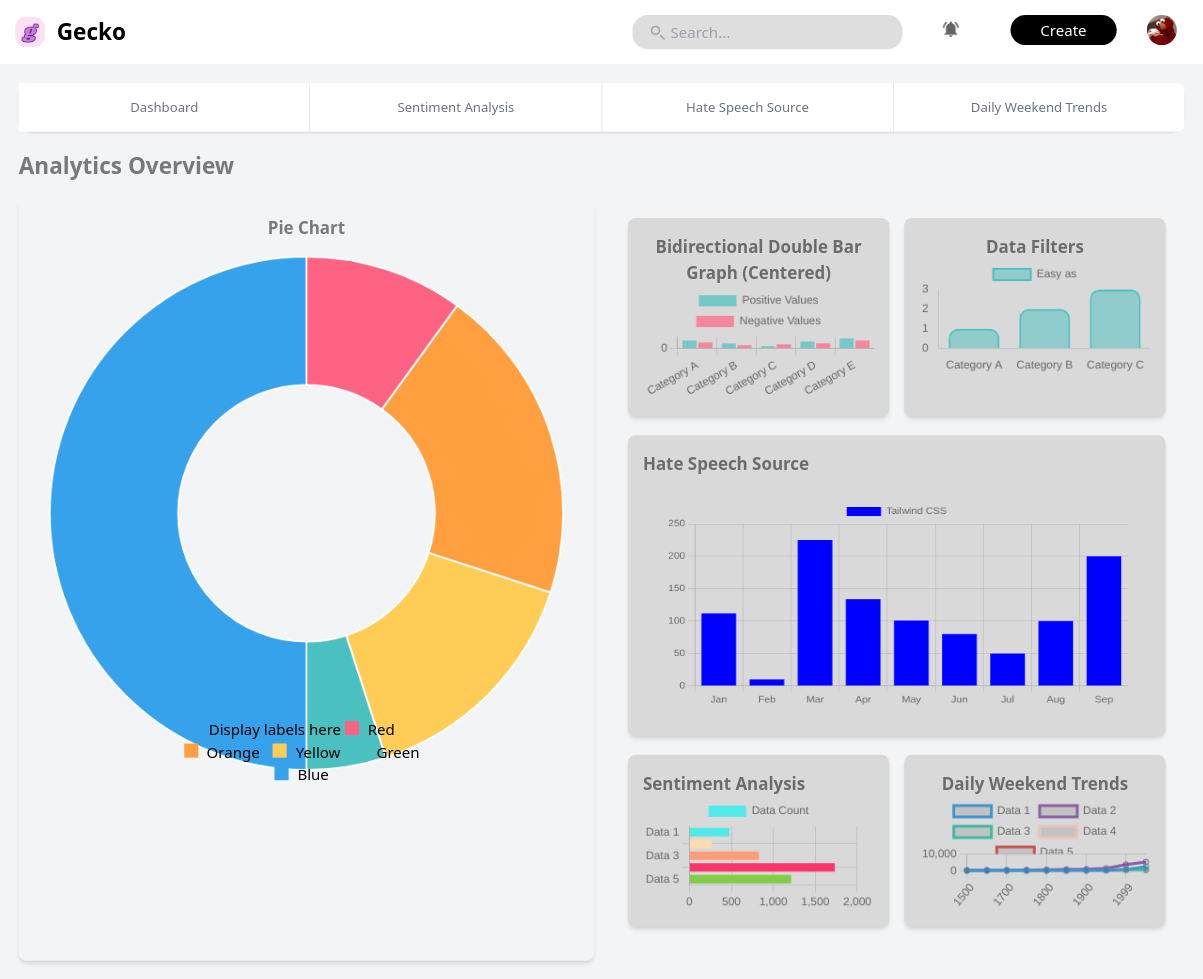
Repository: theamgri/thesis-website-nextjs
Page: website.html
The author's editor kept a copy of each file at every save. The page is drawn from the files as they stood at one save, then again after the next save.
The browser window is 1280 px wide. The pictures show the whole page, at 94% of full size.

Above is the page before, as saved 2023-10-06 21:18:17.

### website.html
<!DOCTYPE html>
<html lang="en">
<head>
    <meta charset="UTF-8">
    <meta name="viewport" content="width=device-width, initial-scale=1.0">
    <title>Gecko</title>
    <link rel="icon" type="image/x-icon" href="/images/icon.png">
    <link href="https://cdn.jsdelivr.net/npm/tailwindcss@2.2.19/dist/tailwind.min.css" rel="stylesheet">
    <script src="https://cdn.jsdelivr.net/npm/chart.js"></script>



</head>
<body class="bg-gray-100">

<nav class="bg-white drop-shadow-2xl border-gray-200 dark:bg-gray-900">
    <div class="flex flex-wrap items-center justify-between mx-auto p-4">
      <a href="." class="flex items-center">
          <img src="images/icon.png" class="h-8 mr-3 rounded-xl" alt="Logo" />
          <span class="self-center text-2xl font-semibold whitespace-nowrap dark:text-white">Gecko</span>
      </a>
      <button data-collapse-toggle="navbar-default" type="button" class="inline-flex items-center p-2 w-10 h-10 justify-center text-sm text-gray-500 rounded-lg md:hidden hover:bg-gray-100 focus:outline-none focus:ring-2 focus:ring-gray-200 dark:text-gray-400 dark:hover:bg-gray-700 dark:focus:ring-gray-600" aria-controls="navbar-default" aria-expanded="false">
          <span class="sr-only">Open main menu</span>
          <svg class="w-5 h-5" aria-hidden="true" xmlns="http://www.w3.org/2000/svg" fill="none" viewBox="0 0 17 14">
              <path stroke="currentColor" stroke-linecap="round" stroke-linejoin="round" stroke-width="2" d="M1 1h15M1 7h15M1 13h15"/>
          </svg>
      </button>
      <div class="hidden w-full md:block md:w-auto drop-shadow-2xl" id="navbar-default">
        <ul class="font-medium flex flex-col p-4 md:p-0 mt-4 border border-gray-100 rounded-lg bg-gray-50 md:flex-row md:space-x-8 md:mt-0 md:border-0 md:bg-white dark:bg-gray-800 md:dark:bg-gray-900 dark:border-gray-700">
            <li>
                <div class="relative">
                    <input
                        type="text"
                        placeholder="Search..."
                        class="block w-full py-2 pl-10 pr-4 leading-5 rounded-2xl shadow-sm focus:ring focus:ring-blue-200 border-gray-300" style="background-color: #DEDEDE;"
                    />
                    <div class="absolute inset-y-0 left-0 pl-4 flex items-center pointer-events-none">
                        <svg
                            class="w-5 h-5 text-gray-400"
                            fill="none"
                            stroke="currentColor"
                            viewBox="0 0 24 24"
                            xmlns="http://www.w3.org/2000/svg"
                        >
                            <path
                                stroke-linecap="round"
                                stroke-linejoin="round"
                                stroke-width="2"
                                d="M21 21l-4.35-4.35"
                            />
                            <path
                                stroke-linecap="round"
                                stroke-linejoin="round"
                                stroke-width="2"
                                d="M15 10a5 5 0 11-10 0 5 5 0 0110 0z"
                            />
                        </svg>
                    </div>
                </div>

              </li>
            <li>
              <img src="images/bellbutton.png" class="h-8 mr-3 rounded-xl" alt="Notification Bell" />
          </li>
          <li>
            <button class="bg-black drop-shadow-2xl hover:bg-blue-700 text-white font-normal py-1 px-8 rounded-full">
              Create
            </button>
          </li>
          <li>
            <a href="your-link-here">
                <img src="images/user.jpg" class="h-8 mr-3 rounded-full" alt="Notification Bell" />
            </a>
        </li>


        </ul>
      </div>
    </div>
  </nav>
<!-- //SIDE NAVBAR -->


<div class="sm:hidden">
  <label for="tabs" class="sr-only">Select your country</label>
  <select id="tabs" class="bg-gray-50 border border-gray-300 text-gray-900 text-sm rounded-lg focus:ring-blue-500 focus:border-blue-500 block w-full p-2.5 dark:bg-gray-700 dark:border-gray-600 dark:placeholder-gray-400 dark:text-white dark:focus:ring-blue-500 dark:focus:border-blue-500">
      <option>Profile</option>
      <option>Canada</option>
      <option>France</option>
      <option>Germany</option>
  </select>
</div>
<ul class="m-5 rounded-2xl drop-shadow-xl hidden text-sm font-medium text-center text-gray-500 divide-x divide-gray-200 rounded-lg shadow sm:flex dark:divide-gray-700 dark:text-gray-400">
  <li class="w-full">
      <a href="#" class="inline-block w-full p-4 bg-white hover:text-gray-700 hover:bg-gray-50 focus:ring-4 focus:ring-blue-300 focus:outline-none dark:hover:text-white dark:bg-gray-800 dark:hover:bg-gray-700" aria-current="page">Dashboard</a>
  </li>
  <li class="w-full">
      <a href="#" class="inline-block w-full p-4 bg-white hover:text-gray-700 hover:bg-gray-50 focus:ring-4 focus:ring-blue-300 focus:outline-none dark:hover:text-white dark:bg-gray-800 dark:hover:bg-gray-700">Sentiment Analysis</a>
  </li>
  <li class="w-full">
      <a href="#" class="inline-block w-full p-4 bg-white hover:text-gray-700 hover:bg-gray-50 focus:ring-4 focus:ring-blue-300 focus:outline-none dark:hover:text-white dark:bg-gray-800 dark:hover:bg-gray-700">Hate Speech Source</a>
  </li>
  <li class="w-full">
      <a href="#" class="inline-block w-full p-4 bg-white rounded-r-lg hover:text-gray-700 hover:bg-gray-50 focus:ring-4 focus:outline-none focus:ring-blue-300 dark:hover:text-white dark:bg-gray-800 dark:hover:bg-gray-700">Daily Weekend Trends</a>
  </li>

</ul>




  <div class="ml-5 text-left font-bold text-2xl opacity-50">
    <h1>Analytics Overview</h1>
  </div>

<!-- ... (previous code) ... -->

<div class="m-5 grid grid-cols-1 md:grid-cols-2 lg:grid-cols-2 xl:grid-cols-2 gap-4">
  <!-- Container for Pie Chart (2 rows) -->
  <div class="bg-white p-4 rounded-lg shadow-md" style="background-color: transparent; grid-row: span 2; overflow: visible;">
      <!-- Content goes here, such as the chart -->
      <h2 class="text-lg text-center opacity-50 font-semibold">Pie Chart</h2>
      <div style="position: relative;">
          <canvas class="p-4" id="donutChart" width="100" height="100"></canvas>
          <div style="position: absolute; bottom: 0; left: 50%; transform: translateX(-50%); text-align: center;">
              Display labels here
               <div style="display: inline-block; margin-right: 10px;">
                  <div style="background-color: rgb(255, 99, 132); width: 15px; height: 15px; display: inline-block; margin-right: 5px;"></div>
                  <span>Red</span>
              </div>
              <div style="display: inline-block; margin-right: 10px;">
                  <div style="background-color: rgb(255, 159, 64); width: 15px; height: 15px; display: inline-block; margin-right: 5px;"></div>
                  <span>Orange</span>
              </div>
              <div style="display: inline-block; margin-right: 10px;">
                  <div style="background-color: rgb(255, 205, 86); width: 15px; height: 15px; display: inline-block; margin-right: 5px;"></div>
                  <span>Yellow</span>
              </div>
              <div style="display: inline-block; margin-right: 10px;">
                  <div style="background-color: rgb(75, 192, 192); width: 15px; height: 15px; display: inline-block; margin-right: 5px;"></div>
                  <span>Green</span>
              </div>
              <div style="display: inline-block; margin-right: 10px;">
                  <div style="background-color: rgb(54, 162, 235); width: 15px; height: 15px; display: inline-block; margin-right: 5px;"></div>
                  <span>Blue</span>
              </div>
          </div>
      </div>

       <!-- Optionally, you can add a label or title for the container -->
      <script>
        // Ensure that the DOM is fully loaded before initializing the chart
        document.addEventListener("DOMContentLoaded", function() {
            const donutData = {
                type: 'doughnut',
                data: {
                    datasets: [
                        {
                            data: [10, 20, 15, 5, 50],
                            backgroundColor: [
                                'rgb(255, 99, 132)',
                                'rgb(255, 159, 64)',
                                'rgb(255, 205, 86)',
                                'rgb(75, 192, 192)',
                                'rgb(54, 162, 235)',
                            ],
                        },
                    ],
                    labels: ['Red', 'Orange', 'Yellow', 'Green', 'Blue'],
                },
                options: {
                    plugins: {
                        legend: {
                            display: false, // Hide the legend
                        },
                        datalabels: {
                            formatter: (value) => {
                                if (value < 15) return '';
                                return value + '%';
                            },
                        },
                    },
                },
            };

            var donutChart = new Chart(
                document.getElementById("donutChart"),
                donutData
            );
        });
    </script>
   </div>


  <div class="container mx-auto mt-0">

    <div class="m-5 grid grid-cols-1 md:grid-cols-2 lg:grid-cols-2 xl:grid-cols-2 gap-4">
        <!-- Container 1 -->
        <div class="bg-white p-4 rounded-lg shadow-md" style="background-color: #D9D9D9;">
            <h2 class="text-lg text-center opacity-50 font-semibold">Bidirectional Double Bar Graph (Centered)</h2>
            <canvas id="bidirectional-double-bar-graph"></canvas>
        </div>


            <script src="https://cdn.jsdelivr.net/npm/chart.js"></script>

            <script>
                // Data for the bidirectional double bar graph
                const label = ['Category A', 'Category B', 'Category C', 'Category D', 'Category E'];
                const positiveValues = [40, 25, 10, 35, 50];
                const negativeValues = [-30, -15, -20, -25, -40];

                const ctx = document.getElementById('bidirectional-double-bar-graph').getContext('2d');
                new Chart(ctx, {
                    type: 'bar',
                    data: {
                        labels: label,
                        datasets: [
                            {
                                label: 'Positive Values',
                                data: positiveValues,
                                backgroundColor: 'rgba(75, 192, 192, 0.7)',
                            },
                            {
                                label: 'Negative Values',
                                data: negativeValues.map(value => -value), // Invert and scale
                                backgroundColor: 'rgba(255, 99, 132, 0.7)',
                            },
                        ]
                    },
                    options: {
                        responsive: true,
                        scales: {
                            x: {
                                beginAtZero: true,
                                min: -Math.max(...positiveValues, ...negativeValues), // Adjust based on your data
                                max: Math.max(...positiveValues, ...negativeValues), // Adjust based on your data
                            },
                        },
                        plugins: {
                            legend: {
                                display: true,
                                position: 'top',
                            },
                        },
                    },
                });
            </script>



        <!-- Container 2 -->
    <div class="bg-white p-4 rounded-lg shadow-md" style="background-color: #D9D9D9;">
    <h2 class="text-lg text-center opacity-50 font-semibold">Data Filters</h2>
    <!-- Chart container -->
    <div id="chart-container" style="width: 100%; height: 100%;">
        <canvas id="vertical-bar-chart"></canvas>
    </div>

    <script src="https://cdn.jsdelivr.net/npm/chart.js"></script>

    <script>
        // Data and label variables
        const dataValues = [1, 2, 3];
        const dataLabels = ['Category A', 'Category B', 'Category C'];

        // Ensure that the DOM is fully loaded before creating the chart
        document.addEventListener("DOMContentLoaded", function() {
            const ctx = document.getElementById('vertical-bar-chart').getContext('2d');
            const chart = new Chart(ctx, {
                type: 'bar', // Use 'bar' type for vertical bar chart
                data: {
                    labels: dataLabels,
                    datasets: [{
                        label: 'Easy as',
                        data: dataValues,
                        backgroundColor: 'rgba(75, 192, 192, 0.5)',
                        borderColor: 'rgba(75, 192, 192, 1)',
                        borderWidth: 2,
                        borderRadius: 10, // Rounded corners for bars
                    }],
                },
                options: {
                    responsive: true,
                    scales: {
                        x: {
                            beginAtZero: true,
                            grid: {
                                display: false, // Hide x-axis gridlines
                            },
                        },
                        y: {
                            beginAtZero: true,
                            grid: {
                                display: false, // Hide y-axis gridlines
                            },
                        },
                    },
                },
            });
        });
    </script>
</div>





                </div>


    <div class="m-5 grid grid-cols-1 md:grid-cols-1 lg:grid-cols-1 xl:grid-cols-1 gap-4 mt-4">
      <!-- Container 3 -->
      <div class="bg-white p-4 rounded-lg shadow-md" style="background-color: #D9D9D9; height: 20rem;">
          <h2 class="text-lg opacity-50 font-semibold">Hate Speech Source</h2>


              <!-- Set max-height to ensure the chart fits within the container -->
              <canvas class="p-6" id="barChart" style="max-height: 100%;"></canvas>

      </div>
      <script src="https://cdnjs.cloudflare.com/ajax/libs/Chart.js/3.9.1/chart.min.js"
          integrity="sha512-ElRFoEQdI5Ht6kZvyzXhYG9NqjtkmlkfYk0wr6wHxU9JEHakS7UJZNeml5ALk+8IKlU6jDgMabC3vkumRokgJA=="
          crossorigin="anonymous" referrerpolicy="no-referrer"></script>
      <script>
          const labels = ['Jan', 'Feb', 'Mar', 'Apr', 'May', 'Jun', 'Jul', 'Aug', 'Sep'];
        const data = {
            labels: labels,
            datasets: [
                {
                    label: "Tailwind CSS",
                    backgroundColor: "blue",
                    borderColor: 'rgb(0, 0, 0)',
                    data: [112, 10, 225, 134, 101, 80, 50, 100, 200],
                    fill: false,
                },
            ],
        };

        const configChart = {
            type: "bar",
            data,
            options: {},
        };

        var chartLine = new Chart(
            document.getElementById("barChart"),
            configChart
        );
      </script>
  </div>


    <div class="m-5 grid grid-cols-1 md:grid-cols-2 lg:grid-cols-2 xl:grid-cols-2 gap-4 mt-4">
    <!-- Container 4 -->
    <div class="bg-white p-4 rounded-lg shadow-md" style="background-color: #D9D9D9;">
        <h2 class="text-lg tex-center opacity-50 font-semibold">Sentiment Analysis</h2>
        <div>
          <canvas id="horizontal-bar-chart"></canvas>
      </div>

      <script>
         new Chart(document.getElementById("horizontal-bar-chart"), {
            type: 'bar',
            data: {
                labels: ["Data 1", "Data 2", "Data 3", "Data 4", "Data 5"],
                datasets: [{
                    label: "Data Count",
                    backgroundColor: ["#51EAEA", "#FCDDB0",
                        "#FF9D76", "#FB3569", "#82CD47"
                    ],
                    data: [478, 267, 829, 1732, 1213]
                }]
            },
            options: {
                indexAxis: 'y',
                legend: {
                    display: false
                },
                title: {
                    display: true,
                    text: 'Chart JS Horizontal Bar Chart Example'
                }
            }
        });
      </script>

    </div>

    <!-- Container 5 -->
    <div class="bg-white p-4 rounded-lg shadow-md" style="background-color: #D9D9D9;">
        <h2 class="text-lg text-center opacity-50 font-semibold">Daily Weekend Trends</h2>


            <canvas id="line-chart" width="800" height="400"></canvas>

<script>
new Chart(document.getElementById("line-chart"), {
  type: 'line',
  data: {
    labels: [1500,1600,1700,1750,1800,1850,1900,1950,1999,2050],
    datasets: [{
        data: [86,114,106,106,107,111,133,221,783,2478],
        label: "Data 1",
        borderColor: "#3e95cd",
        fill: false
      }, {
        data: [282,350,411,502,635,809,947,1402,3700,5267],
        label: "Data 2",
        borderColor: "#8e5ea2",
        fill: false
      }, {
        data: [168,170,178,190,203,276,408,547,675,734],
        label: "Data 3",
        borderColor: "#3cba9f",
        fill: false
      }, {
        data: [40,20,10,16,24,38,74,167,508,784],
        label: "Data 4",
        borderColor: "#e8c3b9",
        fill: false
      }, {
        data: [6,3,2,2,7,26,82,172,312,433],
        label: "Data 5",
        borderColor: "#c45850",
        fill: false
      }
    ]
  },
  options: {
    title: {
      display: true,
      text: 'World population per region (in millions)'
    }
  }
});

</script>

    </div>

</div>


</body>
</html>

After the next save:
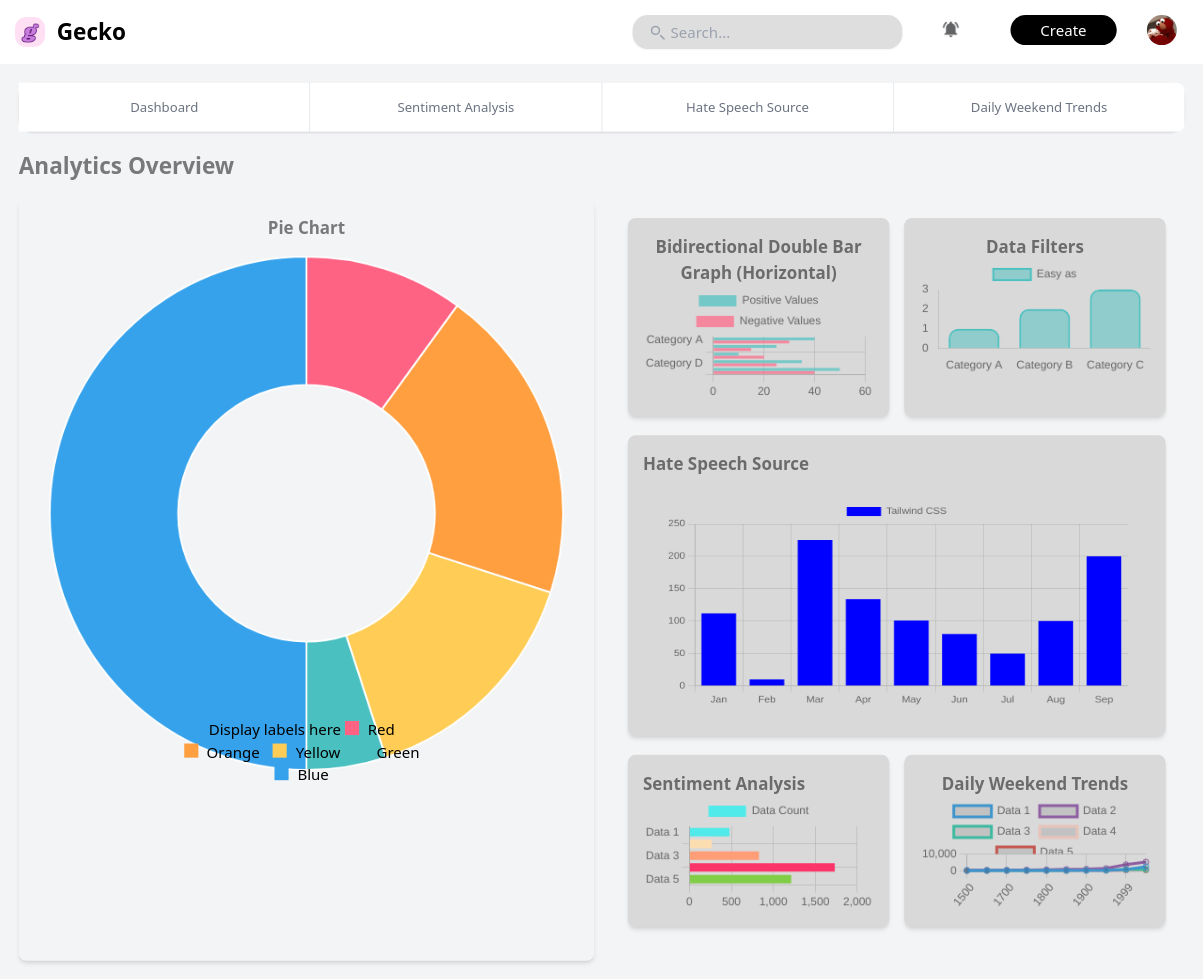
Saved 8 s later.
--- a/website.html
+++ b/website.html
@@ -197,7 +197,7 @@
     <div class="m-5 grid grid-cols-1 md:grid-cols-2 lg:grid-cols-2 xl:grid-cols-2 gap-4">
         <!-- Container 1 -->
         <div class="bg-white p-4 rounded-lg shadow-md" style="background-color: #D9D9D9;">
-            <h2 class="text-lg text-center opacity-50 font-semibold">Bidirectional Double Bar Graph (Centered)</h2>
+            <h2 class="text-lg text-center opacity-50 font-semibold">Bidirectional Double Bar Graph (Horizontal)</h2>
             <canvas id="bidirectional-double-bar-graph"></canvas>
         </div>
 
@@ -218,23 +218,22 @@
                         datasets: [
                             {
                                 label: 'Positive Values',
-                                data: positiveValues,
+                                data: positiveValues.map(value => Math.abs(value)), // Convert to positive
                                 backgroundColor: 'rgba(75, 192, 192, 0.7)',
                             },
                             {
                                 label: 'Negative Values',
-                                data: negativeValues.map(value => -value), // Invert and scale
+                                data: negativeValues.map(value => Math.abs(value)), // Convert to positive
                                 backgroundColor: 'rgba(255, 99, 132, 0.7)',
                             },
                         ]
                     },
                     options: {
                         responsive: true,
+                        indexAxis: 'y', // Horizontal bars
                         scales: {
                             x: {
                                 beginAtZero: true,
-                                min: -Math.max(...positiveValues, ...negativeValues), // Adjust based on your data
-                                max: Math.max(...positiveValues, ...negativeValues), // Adjust based on your data
                             },
                         },
                         plugins: {
